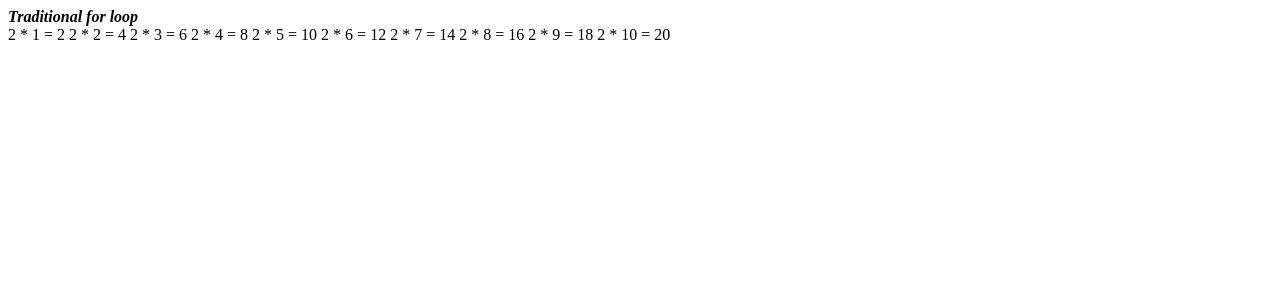
Repository: shaikrasool-java/Servlets
Page: http://localhost/JSTLCoreApp/ex9.jsp
These files come from the project's save history. The page is drawn as it stood at one moment and after the next save; the edit follows.
The browser window is 1280 px wide. The pictures show the whole page.
The page is served by Tomcat 9.

Above is the page before, as saved 2016-06-25 12:41:07.

### Notes/NTAj53/JSTLCoreApp/WebContent/ex9.jsp
<%@taglib uri="http://java.sun.com/jsp/jstl/core"   prefix="c"%>

<b> <i> Traditional for loop</i></b> <br>
<c:forEach var="i" begin="1" end="10" step="1">
  <c:out value="2  *  ${i} = ${2*i} "/>
</c:forEach>

After the next save:
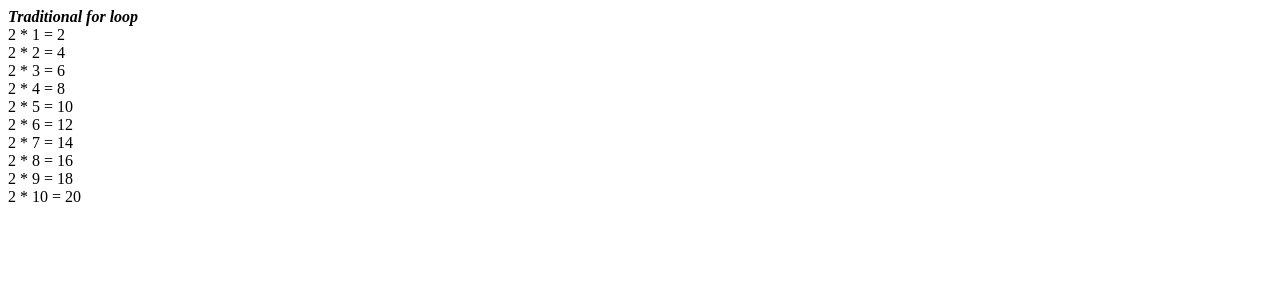
Saved 12 s later.
--- a/Notes/NTAj53/JSTLCoreApp/WebContent/ex9.jsp
+++ b/Notes/NTAj53/JSTLCoreApp/WebContent/ex9.jsp
@@ -2,5 +2,5 @@
 
 <b> <i> Traditional for loop</i></b> <br>
 <c:forEach var="i" begin="1" end="10" step="1">
-  <c:out value="2  *  ${i} = ${2*i} "/>
+  <c:out value="2  *  ${i} = ${2*i} "/> <br>
 </c:forEach>
